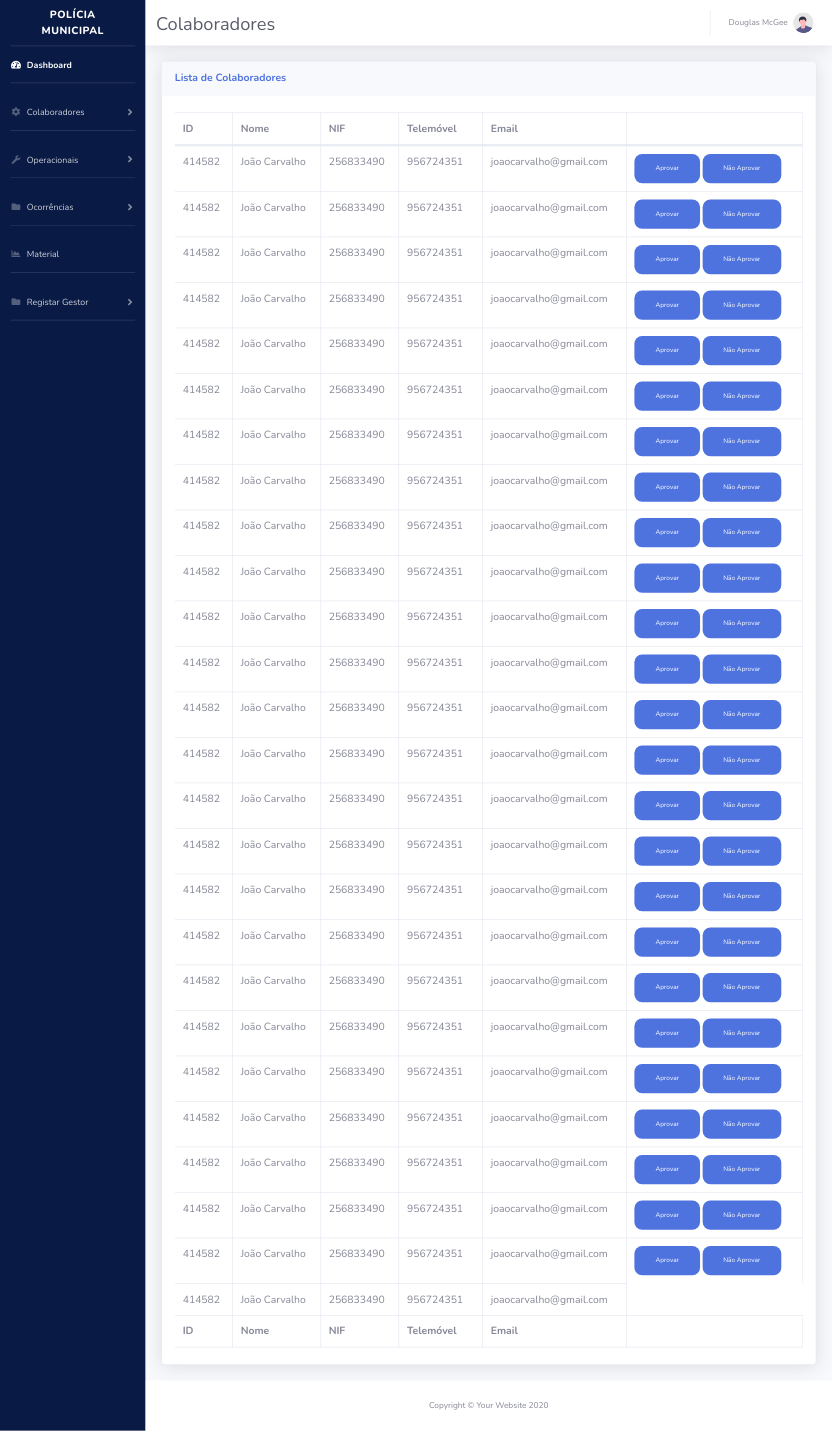
Repository: UnivMinho/D12_frontend
Page: Gestor de Operação/Back-Office/startbootstrap-sb-admin-2-gh-pages/Index.html
The author's editor kept a record of every edit. The page is drawn from the files as they stood at one moment, then again after the next edit.
The browser window is 1280 px wide. The pictures show the whole page, at 65% of full size.

Above is the page before.
Console error: TypeError: Cannot set properties of undefined (setting '_DT_CellIndex')

After the next edit:
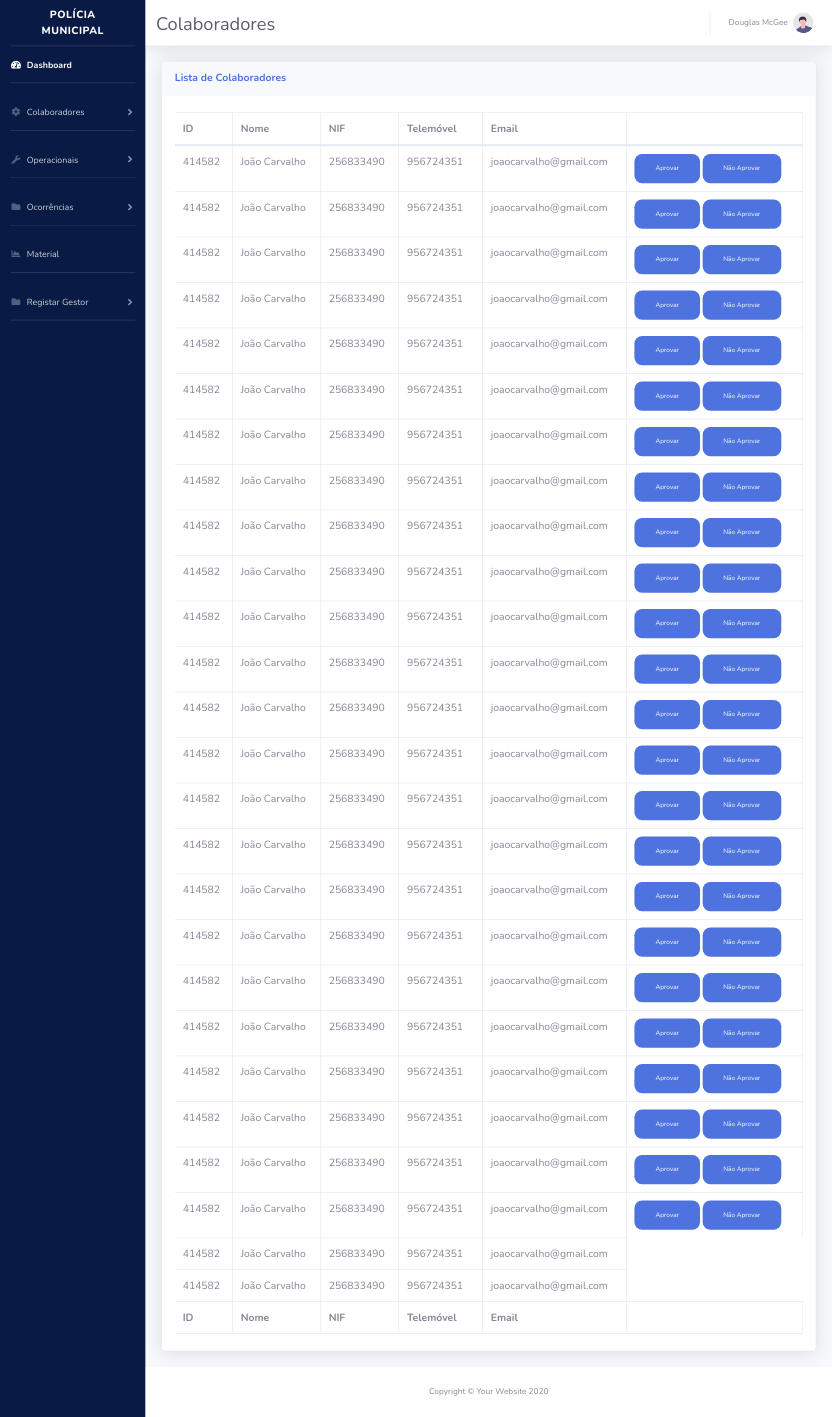
The edit:
--- a/Gestor de Operação/Back-Office/startbootstrap-sb-admin-2-gh-pages/Index.html
+++ b/Gestor de Operação/Back-Office/startbootstrap-sb-admin-2-gh-pages/Index.html
@@ -430,7 +430,7 @@
                                             <td>256833490</td>
                                             <td>956724351</td>
                                             <td>joaocarvalho@gmail.com</td>
-                                            <td> <button>Aprovar</button> <button> Não Aprovar</button></td>
+
                                         </tr>
                                         <tr>
                                             <td>414582</td>
